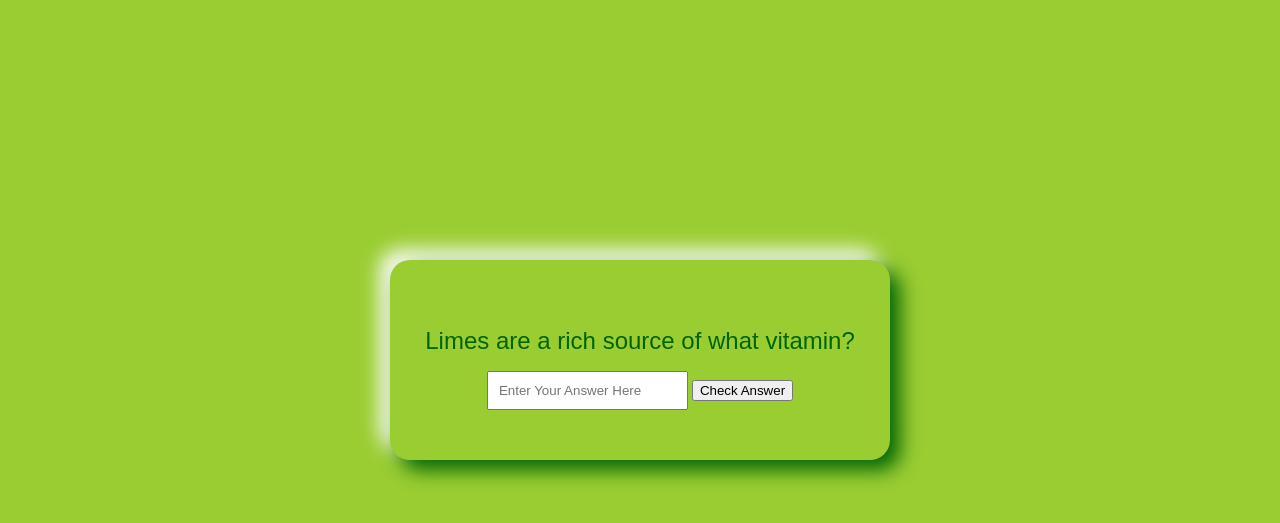
Repository: Joseph061200/Dynamic_Lab2
Page: joseph.html
An editor plug-in stored every save of this project. The page is shown before and after the next save, followed by the edit.
The browser window is 1280 px wide. The pictures show the whole page.

Above is the page before, as saved 2020-02-20 14:34:43.

After the next save:
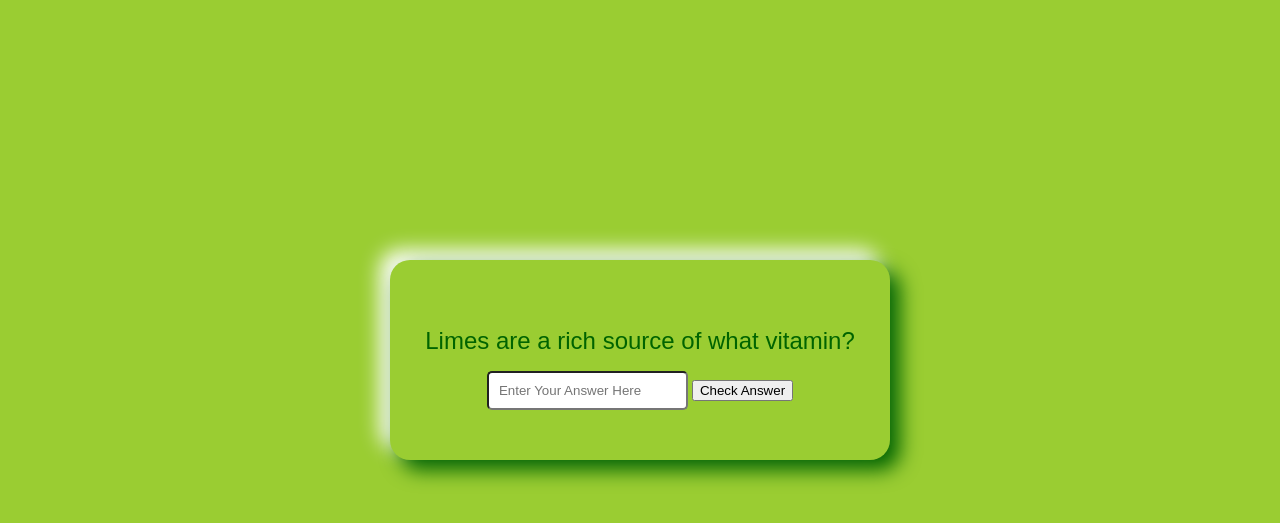
Saved 14 s later.
--- a/joseph.css
+++ b/joseph.css
@@ -30,4 +30,5 @@ h1 {
 }
 input{
     padding: 10px;
+    border-radius: 5px;
 }
